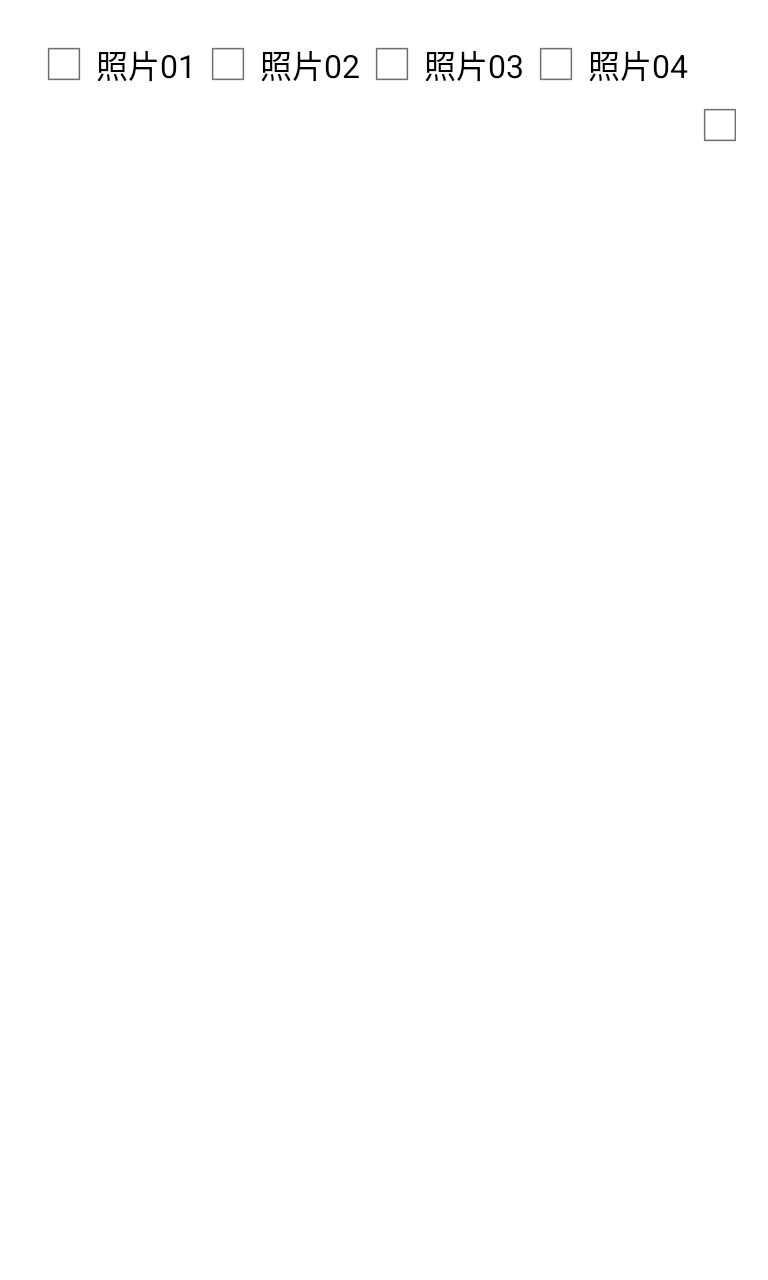
Repository: xuelang201201/Android
Layout: Android基础/CheckBox/res/layout/activity_main.xml
The author's editor kept a copy of each file at every save. The layout is drawn from the files as they stood at one save, then again after the next save.
It is drawn on a 768 x 1280 px phone screen (xhdpi) without system bars, with theme AppTheme; the app's code is not run.

Above is the layout before, as saved 2016-01-28 03:44:13.

After the next save:
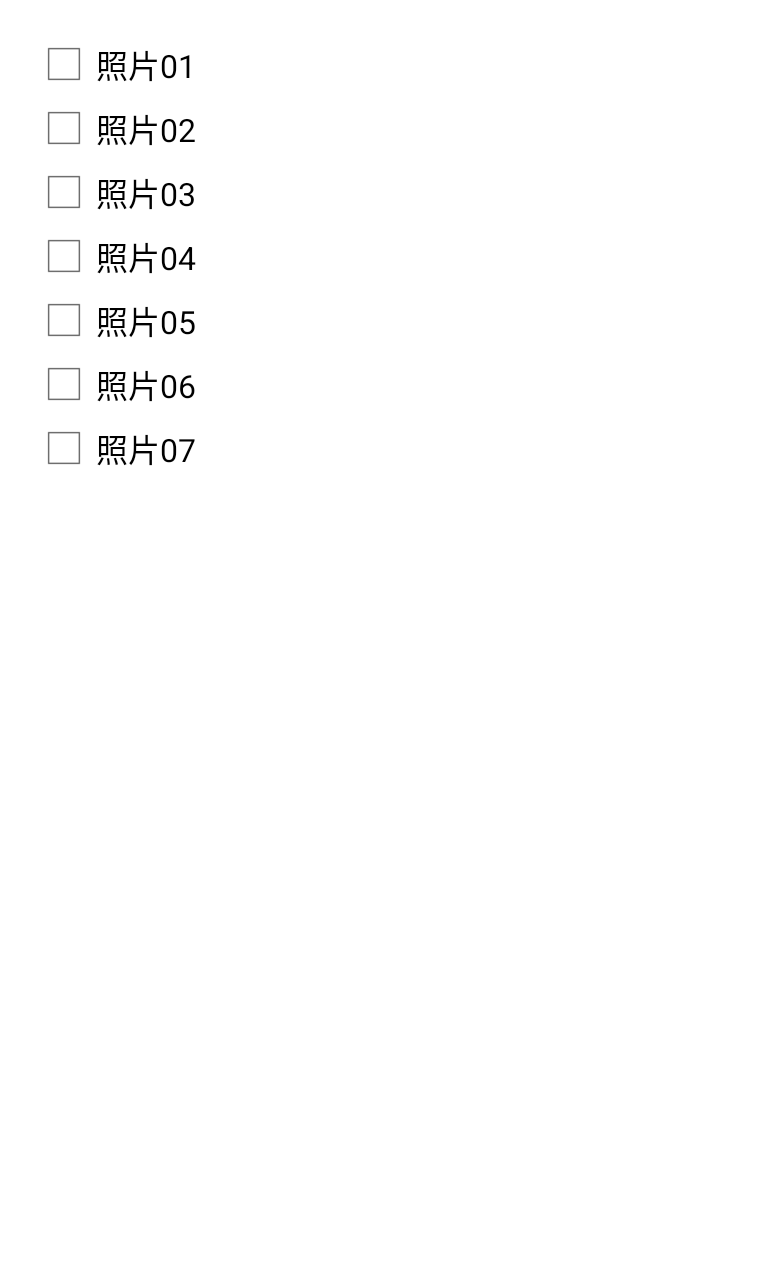
Saved 91 s later.
--- a/Android基础/CheckBox/res/layout/activity_main.xml
+++ b/Android基础/CheckBox/res/layout/activity_main.xml
@@ -2,6 +2,7 @@
     xmlns:tools="http://schemas.android.com/tools"
     android:layout_width="match_parent"
     android:layout_height="match_parent"
+    android:orientation="vertical"
     android:paddingBottom="@dimen/activity_vertical_margin"
     android:paddingLeft="@dimen/activity_horizontal_margin"
     android:paddingRight="@dimen/activity_horizontal_margin"
@@ -43,5 +44,8 @@
         android:layout_width="wrap_content"
         android:layout_height="wrap_content"
         android:text="照片07" />
+    <Button
+        android:id="@+id/btnSubmit"
+         />
 
 </LinearLayout>
